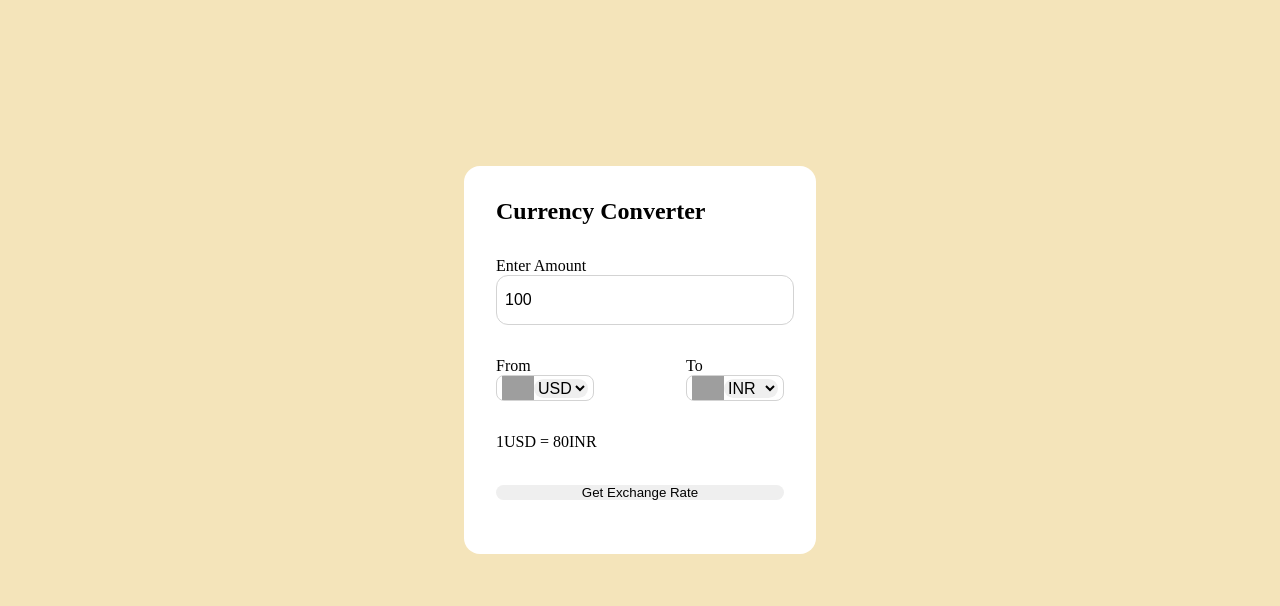
Repository: Kunal-Rajput76/currency-converter
Page: index.html
An editor plug-in stored every save of this project. The page is shown before and after a run of saves, followed by the edit.
The browser window is 1280 px wide. The pictures show the whole page.
Pictures or frames that could not be fetched are drawn as grey boxes.

Above is the page before, as saved 2025-10-18 11:37:34.

After the next 5 saves:
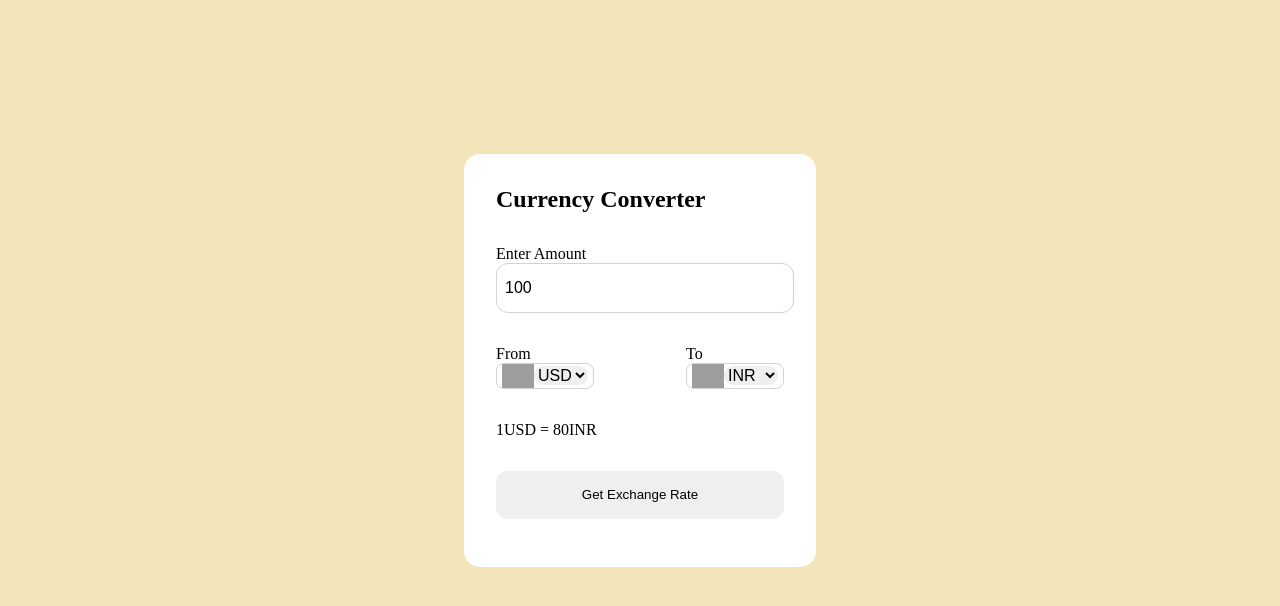
The 5 saves are shown as one change because they came seconds apart.
The last was saved 16 s later.
--- a/style.css
+++ b/style.css
@@ -67,3 +67,7 @@ form input{
 .msg {
     margin: 2rem 0 2rem 0;
 }
+form button{
+    height: 3rem;
+    background-color: ;
+}
